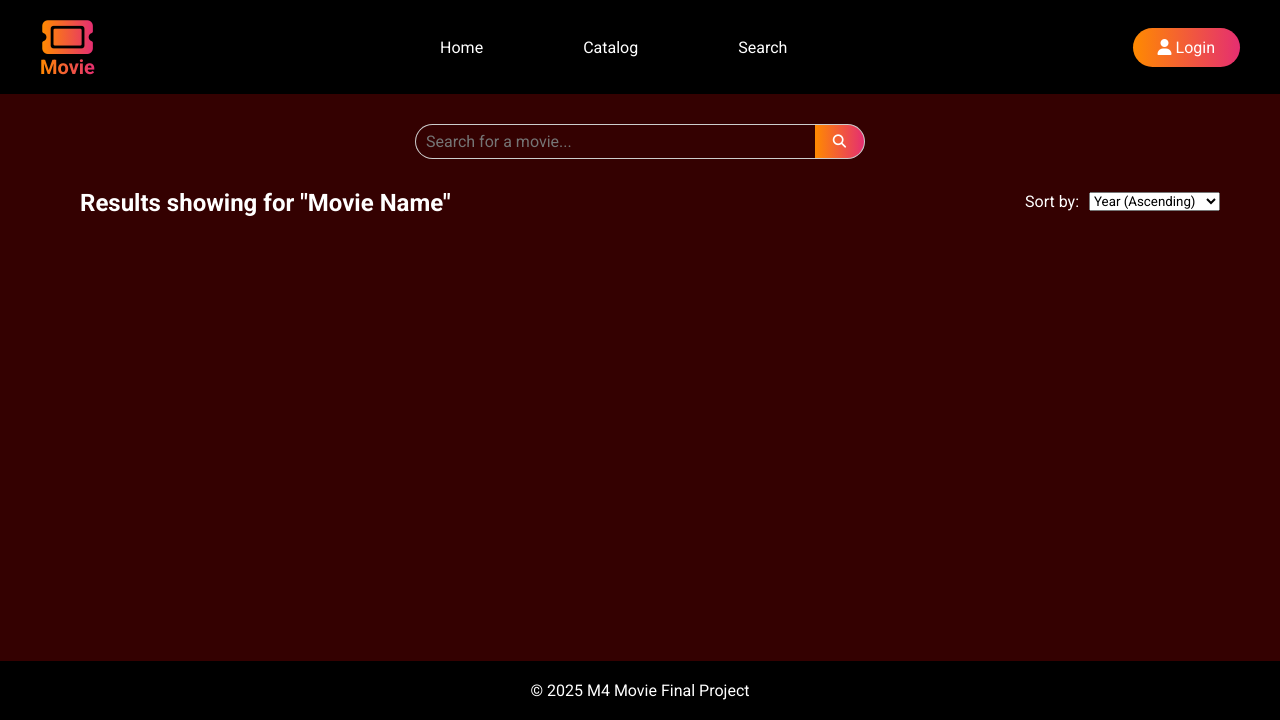
Repository: avivanguyen/m4_movie-FinalProject
Page: index.html
An editor plug-in stored every save of this project. The page is shown before and after the next save, followed by the edit.
The browser window is 1280 px wide. The pictures show the whole page.
Some web libraries are served in a nearby version.

Above is the page before, as saved 2025-12-30 08:04:04.

After the next save:
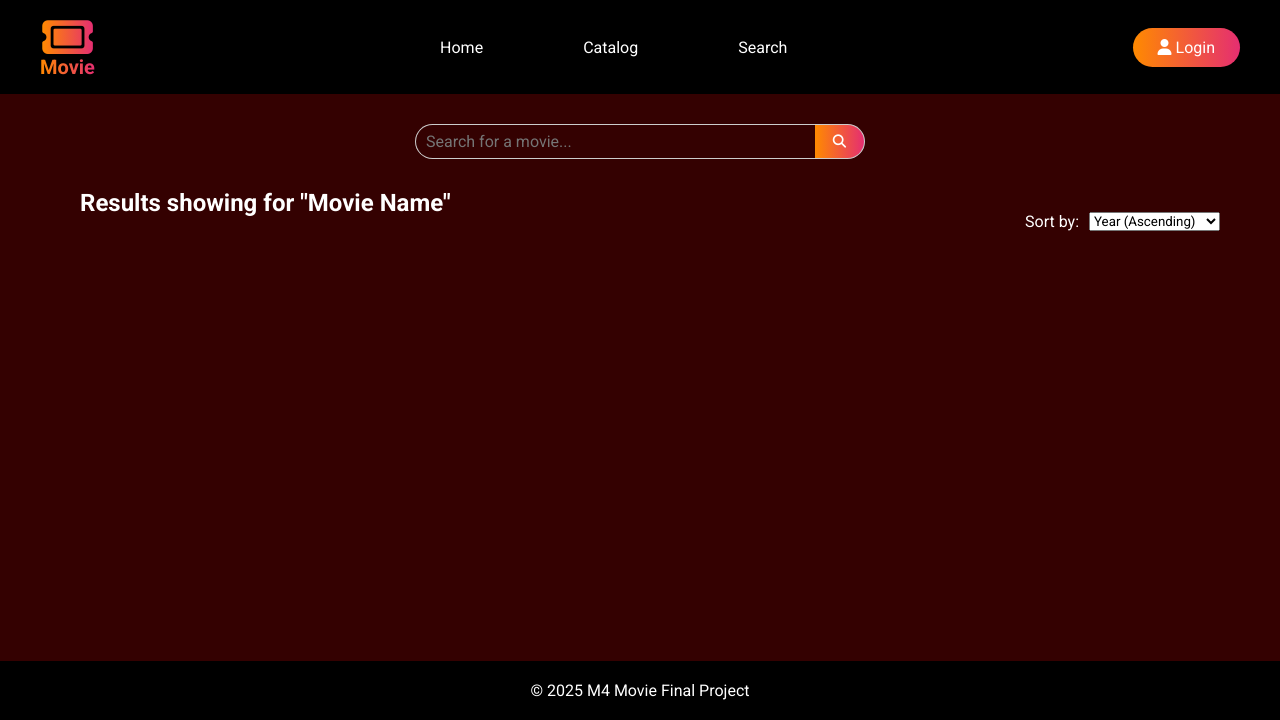
Saved 12 s later.
--- a/styles.css
+++ b/styles.css
@@ -178,7 +178,7 @@ RESULTS STYLES
 .breadcrumb {
     color: white;
     margin-left: 20px;
-    margin-bottom: 40px;
+    margin-bottom: 60px;
 }
 
 .sort label {

After the save that followed:
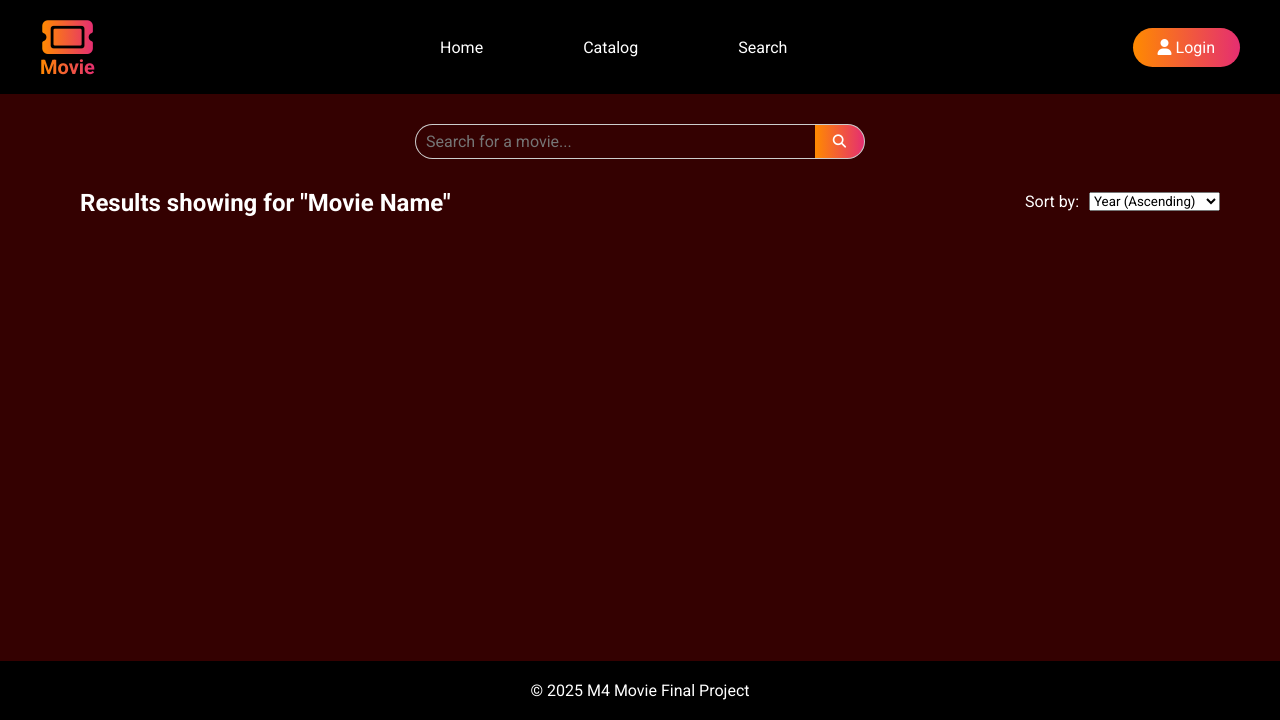
Saved 13 s later.
--- a/styles.css
+++ b/styles.css
@@ -190,7 +190,7 @@ RESULTS STYLES
     display: flex;
     justify-content: flex-end;
     align-items: center;
-    margin-top: -65px;
+    margin-top: -85px;
 }
 
 .results__section {
